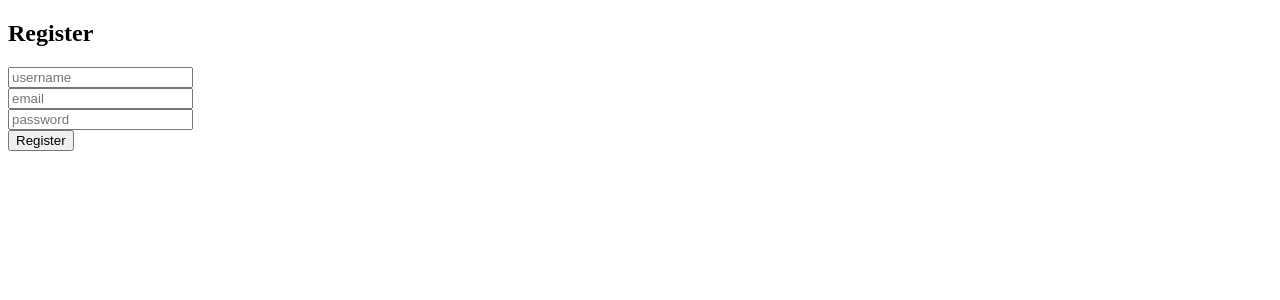
Repository: xqill275/AshChat
Page: public/register.html
These files come from the project's save history. The page is drawn as it stood at one moment and after the next save; the edit follows.
The browser window is 1280 px wide. The pictures show the whole page.

Above is the page before, as saved 2026-02-11 19:10:13.

After the next save:
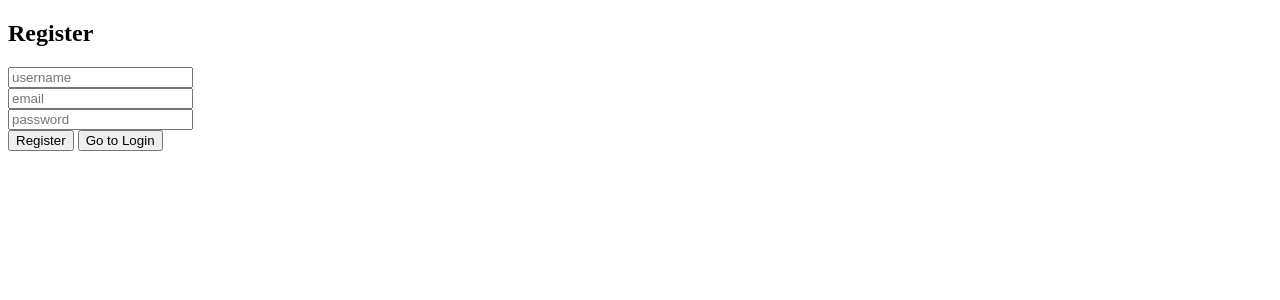
Saved 16 s later.
--- a/public/register.html
+++ b/public/register.html
@@ -6,6 +6,7 @@
     <input id="email" placeholder="email" /><br />
     <input id="password" type="password" placeholder="password" /><br />
     <button id="btn">Register</button>
+    <button id="login">Go to Login</button>
     <pre id="out"></pre>
 
     <script>
